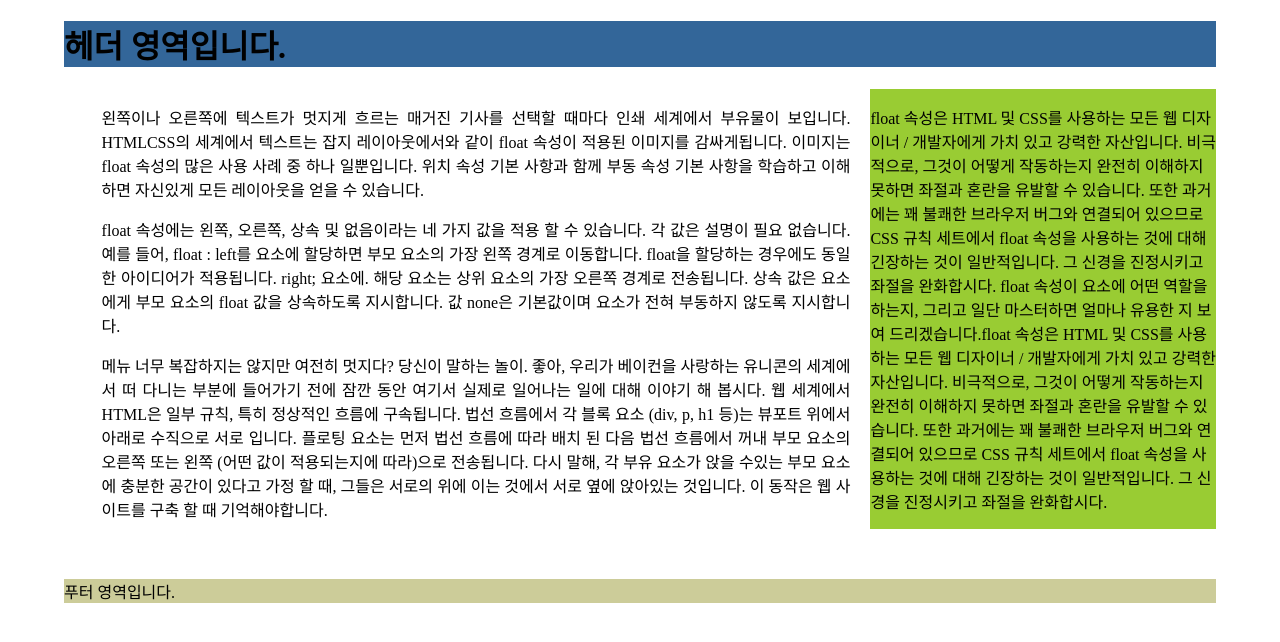
Repository: wishinghyun/multicampus
Page: webwork/clientweb/WebContent/css/layout_exam01.html
The author's editor kept a copy of each file at every save. The page is drawn from the files as they stood at one save, then again after the next save.
The browser window is 1280 px wide. The pictures show the whole page.

Above is the page before, as saved 2020-01-06 02:53:29.

### webwork/clientweb/WebContent/css/layout_exam01.html
<!DOCTYPE html>
<html>
<head>
	<title>New Document</title>
	<style type="text/css">
		body{
			width: 90%;
			margin-left: auto;
			margin-right: auto;
		}
		#head{
			background-color: #336699;
		}
		#main{
			margin-left: 20px;
			margin-bottom: 50px;
			float: right;
			background-color: #99cc33;
			width: 30%;
		}
		#content{
			width: 65%;
			text-align: justify;
			float: right;
		}
		#footer{
			background-color: #cccc99;
			clear: both;
		}
	</style>
</head>
<body>
	<div id="head">
		<h1>헤더 영역입니다.</h1>
	</div>
	<div id="main">
		<p>float 속성은 HTML 및 CSS를 사용하는 모든 웹 디자이너 / 개발자에게 가치 있고 강력한 자산입니다.
		비극적으로, 그것이 어떻게 작동하는지 완전히 이해하지 못하면 좌절과 혼란을 유발할 수 있습니다. 또한 과거에는 꽤 불쾌한
		브라우저 버그와 연결되어 있으므로 CSS 규칙 세트에서 float 속성을 사용하는 것에 대해 긴장하는 것이 일반적입니다. 그
		신경을 진정시키고 좌절을 완화합시다. float 속성이 요소에 어떤 역할을하는지, 그리고 일단 마스터하면 얼마나 유용한 지
		보여 드리겠습니다.float 속성은 HTML 및 CSS를 사용하는 모든 웹 디자이너 / 개발자에게 가치 있고 강력한 자산입니다.
		비극적으로, 그것이 어떻게 작동하는지 완전히 이해하지 못하면 좌절과 혼란을 유발할 수 있습니다. 또한 과거에는 꽤 불쾌한
		브라우저 버그와 연결되어 있으므로 CSS 규칙 세트에서 float 속성을 사용하는 것에 대해 긴장하는 것이 일반적입니다. 그
		신경을 진정시키고 좌절을 완화합시다. </p>
	</div>
	<div id="content">
		<p>왼쪽이나 오른쪽에 텍스트가 멋지게 흐르는 매거진 기사를 선택할 때마다 인쇄 세계에서 부유물이 보입니다.
			HTMLCSS의 세계에서 텍스트는 잡지 레이아웃에서와 같이 float 속성이 적용된 이미지를 감싸게됩니다. 이미지는 float
			속성의 많은 사용 사례 중 하나 일뿐입니다. 위치 속성 기본 사항과 함께 부동 속성 기본 사항을 학습하고 이해하면 자신있게
			모든 레이아웃을 얻을 수 있습니다.</p>
		<p>float 속성에는 왼쪽, 오른쪽, 상속 및 없음이라는 네 가지 값을 적용 할 수 있습니다. 각 값은 설명이 필요
			없습니다. 예를 들어, float : left를 요소에 할당하면 부모 요소의 가장 왼쪽 경계로 이동합니다. float을
			할당하는 경우에도 동일한 아이디어가 적용됩니다. right; 요소에. 해당 요소는 상위 요소의 가장 오른쪽 경계로 전송됩니다.
			상속 값은 요소에게 부모 요소의 float 값을 상속하도록 지시합니다. 값 none은 기본값이며 요소가 전혀 부동하지 않도록
			지시합니다.</p>
		<p>메뉴 너무 복잡하지는 않지만 여전히 멋지다? 당신이 말하는 놀이. 좋아, 우리가 베이컨을 사랑하는 유니콘의 세계에서
			떠 다니는 부분에 들어가기 전에 잠깐 동안 여기서 실제로 일어나는 일에 대해 이야기 해 봅시다. 웹 세계에서 HTML은 일부
			규칙, 특히 정상적인 흐름에 구속됩니다. 법선 흐름에서 각 블록 요소 (div, p, h1 등)는 뷰포트 위에서 아래로
			수직으로 서로 입니다. 플로팅 요소는 먼저 법선 흐름에 따라 배치 된 다음 법선 흐름에서 꺼내 부모 요소의 오른쪽 또는 왼쪽
			(어떤 값이 적용되는지에 따라)으로 전송됩니다. 다시 말해, 각 부유 요소가 앉을 수있는 부모 요소에 충분한 공간이 있다고
			가정 할 때, 그들은 서로의 위에 이는 것에서 서로 옆에 앉아있는 것입니다. 이 동작은 웹 사이트를 구축 할 때
			기억해야합니다.</p>
	</div>
	<div id="footer">
		<p>푸터 영역입니다.</p>
	</div>
</body>
</html>

After the next save:
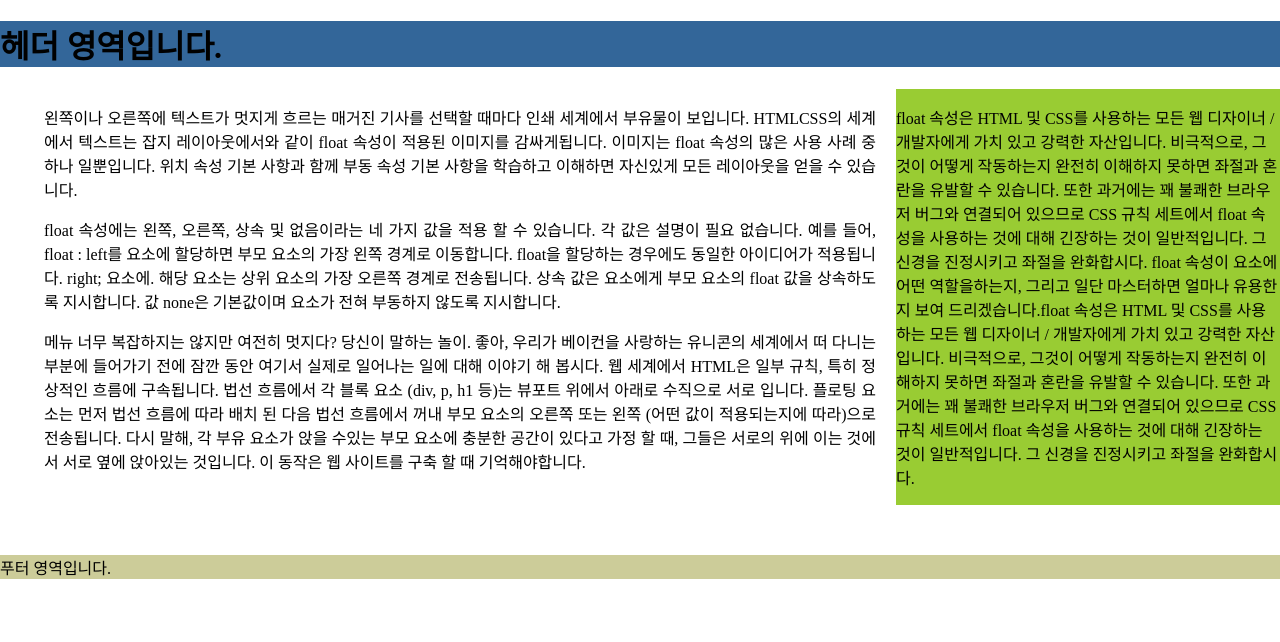
Saved 25 s later.
--- a/webwork/clientweb/WebContent/css/layout_exam01.html
+++ b/webwork/clientweb/WebContent/css/layout_exam01.html
@@ -4,7 +4,6 @@
 	<title>New Document</title>
 	<style type="text/css">
 		body{
-			width: 90%;
 			margin-left: auto;
 			margin-right: auto;
 		}
